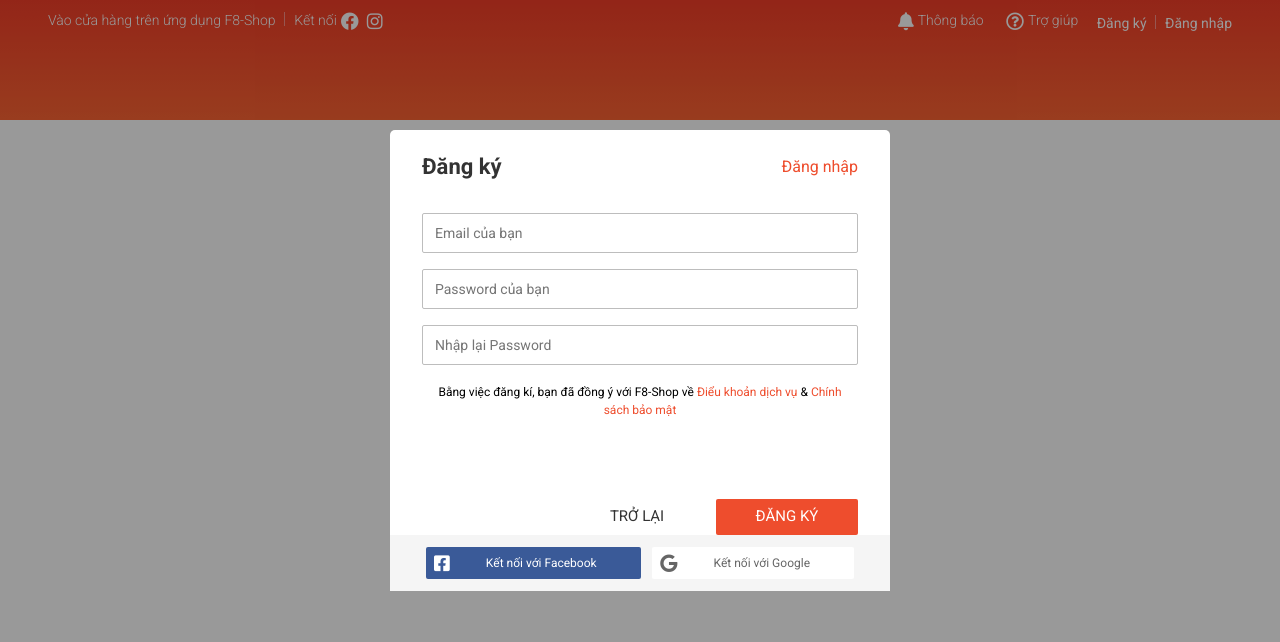
Repository: tvhoangit/tvhoangit.github.io
Page: Shoppe/index.html
The author's editor kept a copy of each file at every save. The page is drawn from the files as they stood at one save, then again after the next save.
The browser window is 1280 px wide. The pictures show the whole page.

Above is the page before, as saved 2021-10-17 11:54:16.

After the next save:
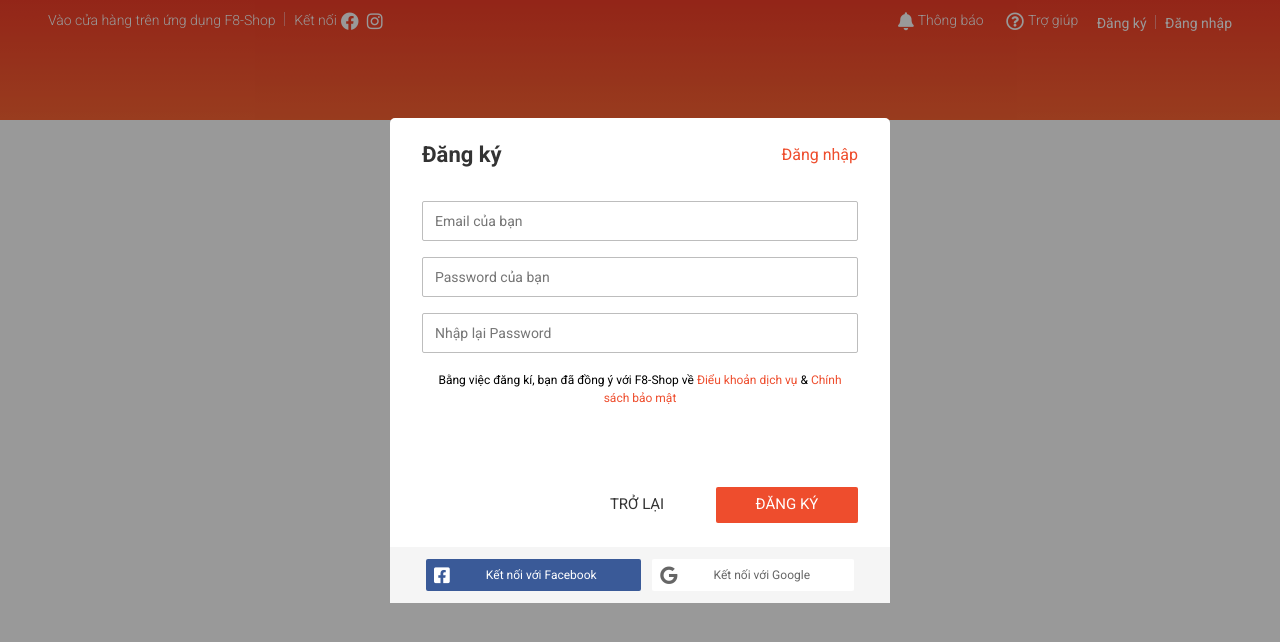
Saved 37 s later.
--- a/Shoppe/assets/css/main.css
+++ b/Shoppe/assets/css/main.css
@@ -256,6 +256,7 @@
     padding: 12px 36px;
     display: flex;
     justify-content: space-between;
+    margin-top: 24px;
 }
 .auth-form__socials-icon {
     font-size: 1.8rem;
